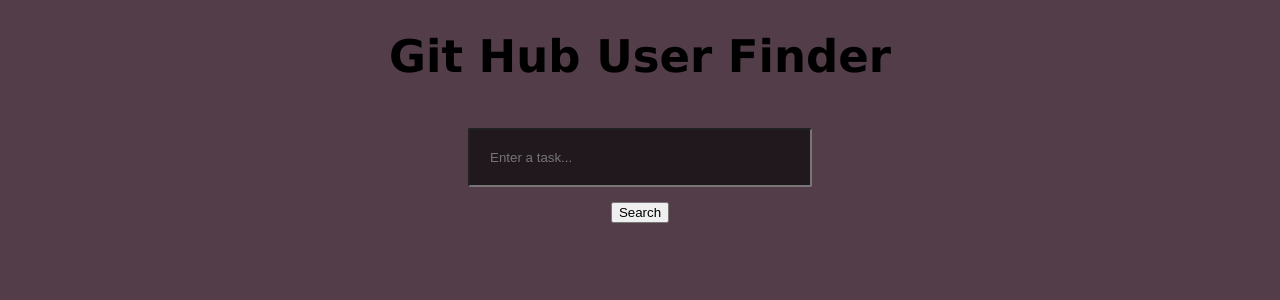
Repository: Dharshinimk-521/github-user-finder
Page: index.html
These files come from the project's save history. The page is drawn as it stood at one moment and after the next save; the edit follows.
The browser window is 1280 px wide. The pictures show the whole page.
Some web fonts or font styles are not loaded; a fallback is used.

Above is the page before, as saved 2026-04-13 20:58:36.

### index.html
<!DOCTYPE html>
<html>
    <head>
       <meta charset="UTF-8" />
        <meta name="viewport" content="width=device-width, initial-scale=1.0" />
        <title>GITHUB USER FINDER</title>
        <link rel="preconnect" href="https://fonts.googleapis.com">
        <link rel="preconnect" href="https://fonts.gstatic.com" crossorigin>
        <link href="https://fonts.googleapis.com/css2?family=Bitcount+Single:wght@100..900&family=Cedarville+Cursive&family=Edu+NSW+ACT+Cursive:wght@400..700&family=Inter:ital,opsz,wght@0,14..32,100..900;1,14..32,100..900&family=Iosevka+Charon:ital,wght@0,300;0,400;0,500;0,700;1,300;1,400;1,500;1,700&family=Open+Sans:ital,wght@0,300..800;1,300..800&family=Oswald:wght@200..700&family=Roboto+Mono:ital,wght@0,100..700;1,100..700&family=Roboto:ital,wght@0,500;1,500&family=Saira+Stencil:ital,wght@0,100..900;1,100..900&family=Sekuya&family=Share+Tech&display=swap" rel="stylesheet">
        <link rel="stylesheet" href="style.css">
        <script src="github.js" defer></script>
    </head>
    <body>
        <h1 class="title">Git Hub User Finder</h1>
         <input id="input" type="text" placeholder="Enter a task...">
        <!--buttons-->
        <br>
        <button id="search">Search</button>
    </body>
</html>

### style.css
body{
    background-color: #523D49;
    font-family: Verdana, Geneva, Tahoma, sans-serif;
    color:black;
    text-align: center;
}
.title{
   font-size:45px;
   text-decoration: dashed;
}
#input{
    background-color: rgba(0, 0, 0, 0.6); /* black with opacity */
    color: white;
    padding: 20px;
    margin:15px;
    border-style: 2px solid white;
    border-radius: 2px;
    outline:purple;
    width:300px;
}
#input:focus{
    border-color: #00ffcc;
    box-shadow: 0 0 10px #00ffcc;
}
#search{

}

Loaded but not shown: github.js (no copy from this time; the picture is the same without it)

After the next save:
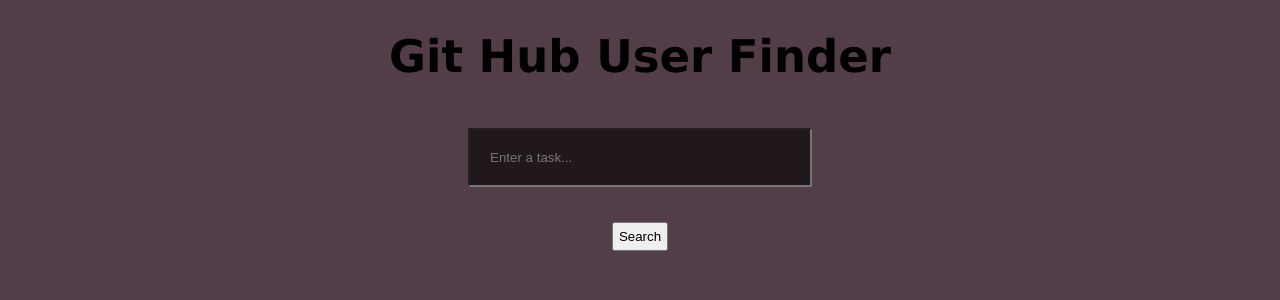
Saved 8 s later.
--- a/style.css
+++ b/style.css
@@ -23,5 +23,8 @@ body{
     box-shadow: 0 0 10px #00ffcc;
 }
 #search{
+    padding:5px;
+    margin: 20px 10px;
+    cursor: pointer;
 
 }
